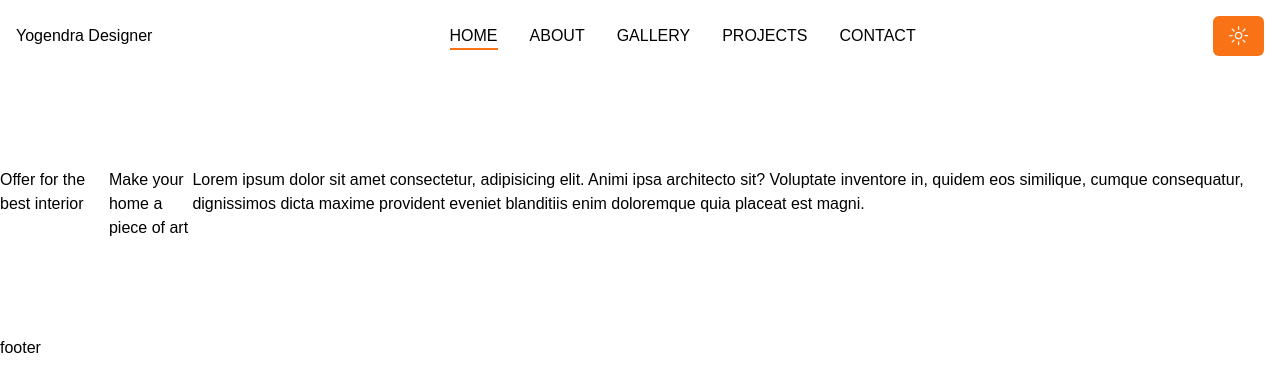
Repository: hitoutvrma/MB_designs-Interior-Designing-website
Page: /
These files come from the project's save history. The page is drawn as it stood at one moment and after the next save; the edit follows.
The browser window is 1280 px wide. The pictures show the whole page.
The project was rebuilt for these pictures with package versions that can differ from the ones it lists, and the page was loaded fresh each time. The framework's server and built-in components were replaced by stand-ins that run in the browser. Also part of the build but not shown: next.config.mjs.

Above is the page before, as saved 2024-09-13 12:48:33.

### app/layout.js
import localFont from "next/font/local";
import "./globals.css";
import Header from "@/components/ui/Header";
import Footer from "@/components/ui/Footer";
import { ThemeProvider } from "@/components/ThemeProvider";

const geistSans = localFont({
  src: "./fonts/GeistVF.woff",
  variable: "--font-geist-sans",
  weight: "100 900",
});
const geistMono = localFont({
  src: "./fonts/GeistMonoVF.woff",
  variable: "--font-geist-mono",
  weight: "100 900",
});

export const metadata = {
  title: "Create Next App",
  description: "Generated by create next app",
};

export default function RootLayout({ children }) {
  return (
    <html lang="en" suppressHydrationWarning>
      <body
        className={`${geistSans.variable} ${geistMono.variable} antialiased`}
      >
        <ThemeProvider attribute='class' defaultTheme='light'>

        <Header/>
        {children}
        <Footer/>
        </ThemeProvider>
      </body>
    </html>
  );
}

### app/page.js
import HeroSection from "@/components/ui/HeroSection";
import Image from "next/image";

export default function Home() {
  return (
    <main>
      <HeroSection/>
      </main>
  );
}

### app/globals.css
@tailwind base;
@tailwind components;
@tailwind utilities;


body {
  color: var(--foreground);
  background: var(--background);
  font-family: Arial, Helvetica, sans-serif;
}

@layer utilities {
  .text-balance {
    text-wrap: balance;
  }
}


@layer base {
  :root {
    --background: 0 0% 100%;
    --foreground: 20 14.3% 4.1%;
    --card: 0 0% 100%;
    --card-foreground: 20 14.3% 4.1%;
    --popover: 0 0% 100%;
    --popover-foreground: 20 14.3% 4.1%;
    --primary: 24.6 95% 53.1%;
    --primary-foreground: 60 9.1% 97.8%;
    --secondary: 60 4.8% 95.9%;
    --secondary-foreground: 24 9.8% 10%;
    --muted: 60 4.8% 95.9%;
    --muted-foreground: 25 5.3% 44.7%;
    --accent: 60 4.8% 95.9%;
    --accent-foreground: 24 9.8% 10%;
    --destructive: 0 84.2% 60.2%;
    --destructive-foreground: 60 9.1% 97.8%;
    --border: 20 5.9% 90%;
    --input: 20 5.9% 90%;
    --ring: 24.6 95% 53.1%;
    --radius: 0.5rem;
    --chart-1: 12 76% 61%;
    --chart-2: 173 58% 39%;
    --chart-3: 197 37% 24%;
    --chart-4: 43 74% 66%;
    --chart-5: 27 87% 67%;
  }

  .dark {
    --background: 20 14.3% 4.1%;
    --foreground: 60 9.1% 97.8%;
    --card: 20 14.3% 4.1%;
    --card-foreground: 60 9.1% 97.8%;
    --popover: 20 14.3% 4.1%;
    --popover-foreground: 60 9.1% 97.8%;
    --primary: 20.5 90.2% 48.2%;
    --primary-foreground: 60 9.1% 97.8%;
    --secondary: 12 6.5% 15.1%;
    --secondary-foreground: 60 9.1% 97.8%;
    --muted: 12 6.5% 15.1%;
    --muted-foreground: 24 5.4% 63.9%;
    --accent: 12 6.5% 15.1%;
    --accent-foreground: 60 9.1% 97.8%;
    --destructive: 0 72.2% 50.6%;
    --destructive-foreground: 60 9.1% 97.8%;
    --border: 12 6.5% 15.1%;
    --input: 12 6.5% 15.1%;
    --ring: 20.5 90.2% 48.2%;
    --chart-1: 220 70% 50%;
    --chart-2: 160 60% 45%;
    --chart-3: 30 80% 55%;
    --chart-4: 280 65% 60%;
    --chart-5: 340 75% 55%;
  }
}



@layer base {
  * {
    @apply border-border;
  }
  body {
    @apply bg-background text-foreground;
  }
}

### components/ui/Header.jsx
'use client';
import React from 'react'
 import ThemeToggler from '../ThemeToggler'
import MobileNavigation from './MobileNavigation';
import Nav from './Nav';
const Header = () => {
  return (
    <div className='flex justify-between p-4 items-center '>
      <div>Yogendra Designer</div>
      <Nav containerStyles='hidden xl:flex gap-8 items-center' linkStyles='relative hover:text-primary transition-all' underlineStyles ='absolute left-0 top-full h-[2px] bg-primary w-full'
      />
      <div className='flex gap-2 items-center'>

      <ThemeToggler/>
      <div className='xl:hidden'>

      <MobileNavigation/>
      </div>
      </div>
    </div>
  )
}

export default Header

### components/ThemeProvider.jsx
'use client';

import { ThemeProvider as NextThemesProvider } from "next-themes";

export function ThemeProvider({ children, ...props }) {
    return <NextThemesProvider {...props}>
        { children }
    </NextThemesProvider>
}

### components/ui/HeroSection.jsx
import React from 'react'

const HeroSection = () => {
  return (
    <div className='container py-12 xl:py-24 h-[auto] text-center lg:py-0 lg:text-left lg:flex lg:justify-between'>
      <div>Offer for the best interior</div>
      <h1>
        Make your home a <br/>piece of art
      </h1>
      <p>
        Lorem ipsum dolor sit amet consectetur, adipisicing elit. Animi ipsa architecto sit? Voluptate inventore in, quidem eos similique, cumque consequatur, dignissimos dicta maxime provident eveniet blanditiis enim doloremque quia placeat est magni.
      </p>
    </div>
  )
}

export default HeroSection

### components/ThemeToggler.jsx
import { Button } from "./ui/button";
import { useTheme } from "next-themes";
import { SunIcon, MoonIcon } from "@radix-ui/react-icons";

const ThemeToggler = () => {
    const { theme, setTheme } = useTheme();

  return (
    <div>
      <Button  onClick={()=>setTheme(theme==='dark'?'light':'dark')}>
        <SunIcon className="h-[1.2rem] w-[1.2rem] scale-100 rotate-0 transition-all dark:rotate-90 dark:scale-0"/>
        <MoonIcon className="w-[1rem] absolute scale-0 rotate-90 transition-all dark:rotate-0 dark:scale-100"/>
      </Button>
    </div>
  )
}

export default ThemeToggler

### components/ui/MobileNavigation.jsx
import React from 'react'

import {Sheet, SheetContent, SheetTrigger} from '@/components/ui/sheet';
import Nav from './Nav';
import { AlignJustify } from 'lucide-react';

const MobileNavigation = () => {
  return (
    <Sheet>
        <SheetTrigger asChild>
            <AlignJustify className='cursor-pointer'/>
        </SheetTrigger>
        <SheetContent>
            <div className='p-3 flex flex-col items-center'>
                <div>
                    <div>Yogendra designer</div>
                    <Nav containerStyles='flex flex-col items-center gap-y-2' linkStyles='text-1xl '/>
                </div>
            </div>
        </SheetContent>
    </Sheet>
  )
}

export default MobileNavigation

### components/ui/Nav.jsx
//Hooks

import { usePathname } from "next/navigation";
import { motion } from "framer-motion";
import Link from "next/link";

const links = [
    {
        path:'/',name:'home'
    },
    {
        path:'/about',name:'about'
    },
    {
        path:'/gallery',name:'gallery'
    },
    {
        path:'/projects',name:'projects'
    },
    {
        path:'/contact',name:'contact'
    },
]
const Nav = ({ containerStyles, linkStyles, underlineStyles } ) => {

    const path = usePathname();
  return (
    <div className={`${containerStyles}`} >
        {
            links.map((link,index) =>{
                return(
                    <Link href={link.path}
                    key={index} className={`uppercase ${linkStyles}`}>
                        {link.path===path && (
                            <motion.span
                            initial={{y:'-100%'}}
                            animate={{y:0}}
                            transition={{ type:'tween'}}
                            layoutId="underline"
                            className={`${underlineStyles}`}
                            />
                        )}
                        {link.name}

                    </Link>
                )
            })
        }
      </div>
  )
}

export default Nav

### components/ui/button.jsx
import * as React from "react"
import { Slot } from "@radix-ui/react-slot"
import { cva } from "class-variance-authority";

import { cn } from "@/lib/utils"

const buttonVariants = cva(
  "inline-flex items-center justify-center whitespace-nowrap rounded-md text-sm font-medium ring-offset-background transition-colors focus-visible:outline-none focus-visible:ring-2 focus-visible:ring-ring focus-visible:ring-offset-2 disabled:pointer-events-none disabled:opacity-50",
  {
    variants: {
      variant: {
        default: "bg-primary text-primary-foreground hover:bg-primary/90",
        destructive:
          "bg-destructive text-destructive-foreground hover:bg-destructive/90",
        outline:
          "border border-input bg-background hover:bg-accent hover:text-accent-foreground",
        secondary:
          "bg-secondary text-secondary-foreground hover:bg-secondary/80",
        ghost: "hover:bg-accent hover:text-accent-foreground",
        link: "text-primary underline-offset-4 hover:underline",
      },
      size: {
        default: "h-10 px-4 py-2",
        sm: "h-9 rounded-md px-3",
        lg: "h-11 rounded-md px-8",
        icon: "h-10 w-10",
      },
    },
    defaultVariants: {
      variant: "default",
      size: "default",
    },
  }
)

const Button = React.forwardRef(({ className, variant, size, asChild = false, ...props }, ref) => {
  const Comp = asChild ? Slot : "button"
  return (
    (<Comp
      className={cn(buttonVariants({ variant, size, className }))}
      ref={ref}
      {...props} />)
  );
})
Button.displayName = "Button"

export { Button, buttonVariants }

### components/ui/sheet.jsx
"use client";
import * as React from "react"
import * as SheetPrimitive from "@radix-ui/react-dialog"
import { cva } from "class-variance-authority";
import { X } from "lucide-react"

import { cn } from "@/lib/utils"

const Sheet = SheetPrimitive.Root

const SheetTrigger = SheetPrimitive.Trigger

const SheetClose = SheetPrimitive.Close

const SheetPortal = SheetPrimitive.Portal

const SheetOverlay = React.forwardRef(({ className, ...props }, ref) => (
  <SheetPrimitive.Overlay
    className={cn(
      "fixed inset-0 z-50 bg-black/80  data-[state=open]:animate-in data-[state=closed]:animate-out data-[state=closed]:fade-out-0 data-[state=open]:fade-in-0",
      className
    )}
    {...props}
    ref={ref} />
))
SheetOverlay.displayName = SheetPrimitive.Overlay.displayName

const sheetVariants = cva(
  "fixed z-50 gap-4 bg-background p-6 shadow-lg transition ease-in-out data-[state=open]:animate-in data-[state=closed]:animate-out data-[state=closed]:duration-300 data-[state=open]:duration-500",
  {
    variants: {
      side: {
        top: "inset-x-0 top-0 border-b data-[state=closed]:slide-out-to-top data-[state=open]:slide-in-from-top",
        bottom:
          "inset-x-0 bottom-0 border-t data-[state=closed]:slide-out-to-bottom data-[state=open]:slide-in-from-bottom",
        left: "inset-y-0 left-0 h-full w-3/4 border-r data-[state=closed]:slide-out-to-left data-[state=open]:slide-in-from-left sm:max-w-sm",
        right:
          "inset-y-0 right-0 h-full w-3/4  border-l data-[state=closed]:slide-out-to-right data-[state=open]:slide-in-from-right sm:max-w-sm",
      },
    },
    defaultVariants: {
      side: "right",
    },
  }
)

const SheetContent = React.forwardRef(({ side = "right", className, children, ...props }, ref) => (
  <SheetPortal>
    <SheetOverlay />
    <SheetPrimitive.Content ref={ref} className={cn(sheetVariants({ side }), className)} {...props}>
      {children}
      <SheetPrimitive.Close
        className="absolute right-4 top-4 rounded-sm opacity-70 ring-offset-background transition-opacity hover:opacity-100 focus:outline-none focus:ring-2 focus:ring-ring focus:ring-offset-2 disabled:pointer-events-none data-[state=open]:bg-secondary">
        <X className="h-4 w-4" />
        <span className="sr-only">Close</span>
      </SheetPrimitive.Close>
    </SheetPrimitive.Content>
  </SheetPortal>
))
SheetContent.displayName = SheetPrimitive.Content.displayName

const SheetHeader = ({
  className,
  ...props
}) => (
  <div
    className={cn("flex flex-col space-y-2 text-center sm:text-left", className)}
    {...props} />
)
SheetHeader.displayName = "SheetHeader"

const SheetFooter = ({
  className,
  ...props
}) => (
  <div
    className={cn("flex flex-col-reverse sm:flex-row sm:justify-end sm:space-x-2", className)}
    {...props} />
)
SheetFooter.displayName = "SheetFooter"

const SheetTitle = React.forwardRef(({ className, ...props }, ref) => (
  <SheetPrimitive.Title
    ref={ref}
    className={cn("text-lg font-semibold text-foreground", className)}
    {...props} />
))
SheetTitle.displayName = SheetPrimitive.Title.displayName

const SheetDescription = React.forwardRef(({ className, ...props }, ref) => (
  <SheetPrimitive.Description
    ref={ref}
    className={cn("text-sm text-muted-foreground", className)}
    {...props} />
))
SheetDescription.displayName = SheetPrimitive.Description.displayName

export {
  Sheet,
  SheetPortal,
  SheetOverlay,
  SheetTrigger,
  SheetClose,
  SheetContent,
  SheetHeader,
  SheetFooter,
  SheetTitle,
  SheetDescription,
}

Loaded but not shown: components/ui/Footer.jsx (common file); lib/utils.js (common file); tailwind.config.js (common file)

After the next save:
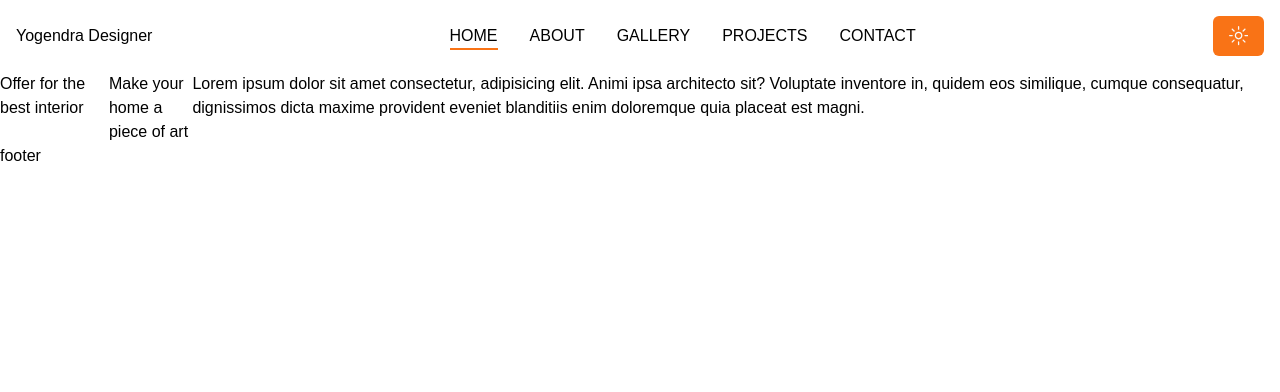
Saved 38 s later.
--- a/components/ui/HeroSection.jsx
+++ b/components/ui/HeroSection.jsx
@@ -2,7 +2,7 @@
 
 const HeroSection = () => {
   return (
-    <div className='container py-12 xl:py-24 h-[auto] text-center lg:py-0 lg:text-left lg:flex lg:justify-between'>
+    <div className='container py-12 xl:py-26 h-[auto] text-center lg:py-0 lg:text-left lg:flex lg:justify-between'>
       <div>Offer for the best interior</div>
       <h1>
         Make your home a <br/>piece of art

After the save that followed:
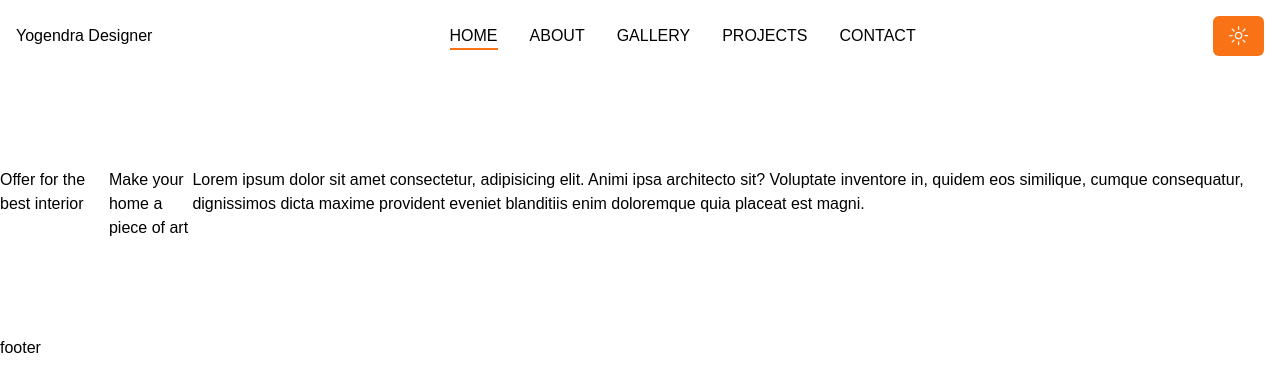
Saved 14 s later.
--- a/components/ui/HeroSection.jsx
+++ b/components/ui/HeroSection.jsx
@@ -2,7 +2,7 @@
 
 const HeroSection = () => {
   return (
-    <div className='container py-12 xl:py-26 h-[auto] text-center lg:py-0 lg:text-left lg:flex lg:justify-between'>
+    <div className='container py-12 xl:py-24 h-[auto] text-center lg:py-0 lg:text-left lg:flex lg:justify-between'>
       <div>Offer for the best interior</div>
       <h1>
         Make your home a <br/>piece of art
